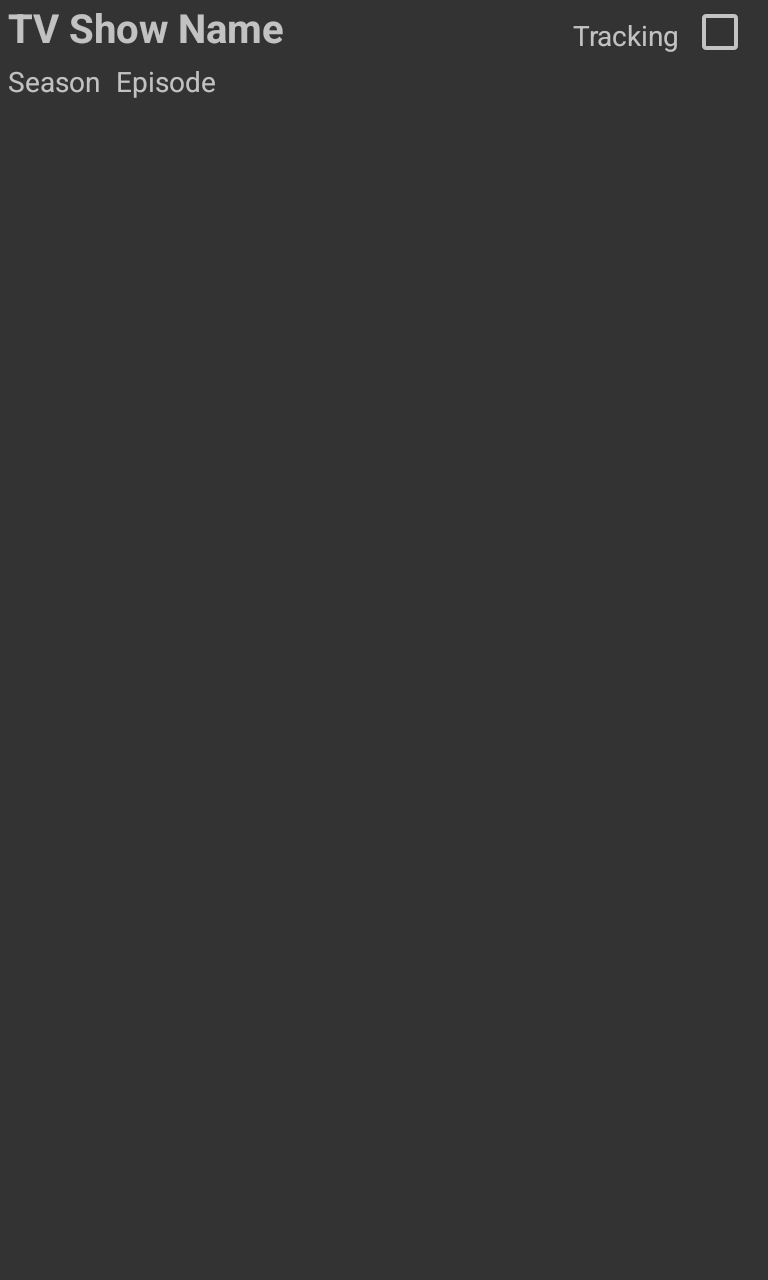
Repository: Jeedan/learning-android-apps
Layout: TvShowTracker/res/layout/list_item_tvshow.xml
These files come from the project's save history. The layout is drawn as it stood at one moment and after the next save; the edit follows.
It is drawn on a 768 x 1280 px phone screen (xhdpi) without system bars, with theme AppTheme; the app's code is not run. The app's manifest (not shown) leaves right-to-left support off. So textAlignment, textDirection and layoutDirection are ignored, and left and right values win over start and end ones.

Above is the layout before, as saved 2014-10-29 15:07:16.

### TvShowTracker/res/layout/list_item_tvshow.xml
<?xml version="1.0" encoding="utf-8"?>
<RelativeLayout xmlns:android="http://schemas.android.com/apk/res/android"
    android:layout_width="match_parent"
    android:layout_height="wrap_content" >

    <TextView
        android:id="@+id/tv_Show_Name_Text_View"
        android:layout_width="match_parent"
        android:layout_height="wrap_content"
        android:textSize="20sp"
        android:textStyle="bold"
        android:paddingLeft="4dp"
        android:paddingRight="4dp"
        android:text="@string/tv_show_name"/>

    <CheckBox android:id="@+id/tracked_tv_show_check_box"
        android:layout_width="wrap_content"
        android:layout_height="wrap_content"
        android:layout_alignParentRight="true"
        android:layout_alignParentEnd="true"
        android:padding="4dp"
        android:enabled="true"
        android:focusable="false"/>

    <TextView
        android:id="@+id/tracking_text_View"
        android:layout_width="wrap_content"
        android:layout_height="wrap_content"
        android:layout_toStartOf="@id/tracked_tv_show_check_box"
        android:layout_toLeftOf="@id/tracked_tv_show_check_box"
        android:paddingLeft="4dp"
        android:paddingRight="4dp"
        android:paddingTop="8dp"
 	    android:text="@string/tracking_text_check_box"/>

	<TextView
        android:id="@+id/tv_Show_Season_Text_View"
        android:layout_width="wrap_content"
        android:layout_height="wrap_content"
        android:paddingLeft="4dp"
        android:paddingRight="4dp"
        android:paddingTop="4dp"
        android:layout_below="@id/tv_Show_Name_Text_View"
        android:text="@string/tv_show_season"/>

	<TextView
        android:id="@+id/tv_Show_Episode_Text_View"
        android:layout_width="wrap_content"
        android:layout_height="wrap_content"
        android:paddingLeft="4dp"
        android:paddingRight="4dp"
        android:paddingTop="4dp"
        android:layout_below="@id/tv_Show_Name_Text_View"
        android:layout_toEndOf="@id/tv_Show_Season_Text_View"
        android:layout_toRightOf="@id/tv_Show_Season_Text_View"
        android:text="@string/tv_show_episode_title"/>

</RelativeLayout>

### TvShowTracker/res/values-v21/styles.xml
<resources>

    <!--
        Base application theme for API 14+. This theme completely replaces
        AppBaseTheme from BOTH res/values/styles.xml and
        res/values-v11/styles.xml on API 14+ devices.
    -->
    <style name="AppBaseTheme" parent="@android:style/Theme.Material">
        <!-- API 21 theme customizations can go here. -->
     	<!-- Main theme colors -->
	    <!--   your app branding color for the app bar (Action bar_)-->
	    <item name="android:colorPrimary">@color/primary</item>
	    <!--   darker variant for the status bar and contextual app bars -->
	    <item name="android:colorPrimaryDark">@color/primary_dark</item>
	    <!--   theme UI controls like checkboxes and text fields -->
	    <item name="android:colorAccent">@color/accent</item>
	    <!--   winow background -->
	    <item name="android:windowBackground">@color/windowBackground</item>
	    <!--   Text but don't know if it is for all texts -->
	    <item name="android:textColorPrimary">@color/textColorPrimary_Light</item>
    </style>

        <!-- Application theme. -->
    <style name="AppTheme" parent="AppBaseTheme">
        </style>
</resources>

### TvShowTracker/res/values/colors.xml
<?xml version="1.0" encoding="utf-8"?>
<resources>
    <color name="accent">#FF9D00</color>

    <!--  example: season + episode + release date info text under Show Name -->
    <color name="show_subtitle_text_view_color">#368ABF</color>

    <color name="textColorPrimary">#ffffff</color>
    <color name="textColorPrimary_Light">#666666</color>

    <color name="windowBackground">#333333</color>

    <color name="primary">#1a1a1a</color>
    <color name="primary_dark">#000000</color>

</resources>

### TvShowTracker/res/values/strings.xml
<?xml version="1.0" encoding="utf-8"?>
<resources>

    <string name="app_name">TvShowTracker</string>
    <string name="app_all_shows">List of all available shows</string>
    <string name="app_calendar_title">Today\'s shows</string>
    <string name="action_settings">Settings</string>

    <string name="tv_show_name">TV Show Name</string>
    <string name="tv_show_season">Season</string>
    <string name="tv_show_episode_title">Episode</string>


    <string name="empty_list">There are no TV Shows in this list.</string>


    <string name="tracking_text_check_box">Tracking</string>

</resources>

Loaded but not shown: TvShowTracker/res/values/styles.xml (common file); TvShowTracker/res/values-v11/styles.xml (common file)

After the next save:
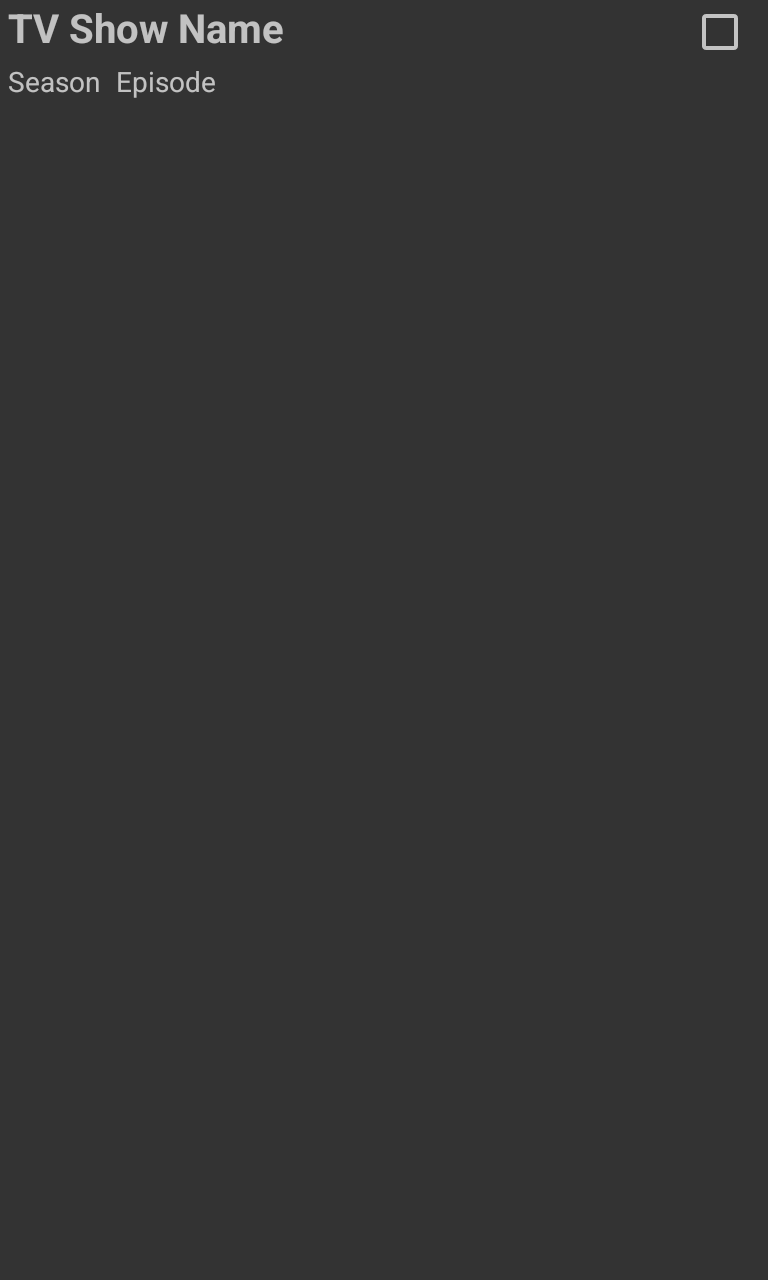
Saved 56 s later.
--- a/TvShowTracker/res/layout/list_item_tvshow.xml
+++ b/TvShowTracker/res/layout/list_item_tvshow.xml
@@ -22,16 +22,7 @@
         android:enabled="true"
         android:focusable="false"/>
 
-    <TextView
-        android:id="@+id/tracking_text_View"
-        android:layout_width="wrap_content"
-        android:layout_height="wrap_content"
-        android:layout_toStartOf="@id/tracked_tv_show_check_box"
-        android:layout_toLeftOf="@id/tracked_tv_show_check_box"
-        android:paddingLeft="4dp"
-        android:paddingRight="4dp"
-        android:paddingTop="8dp"
- 	    android:text="@string/tracking_text_check_box"/>
+
 
 	<TextView
         android:id="@+id/tv_Show_Season_Text_View"

After the save that followed:
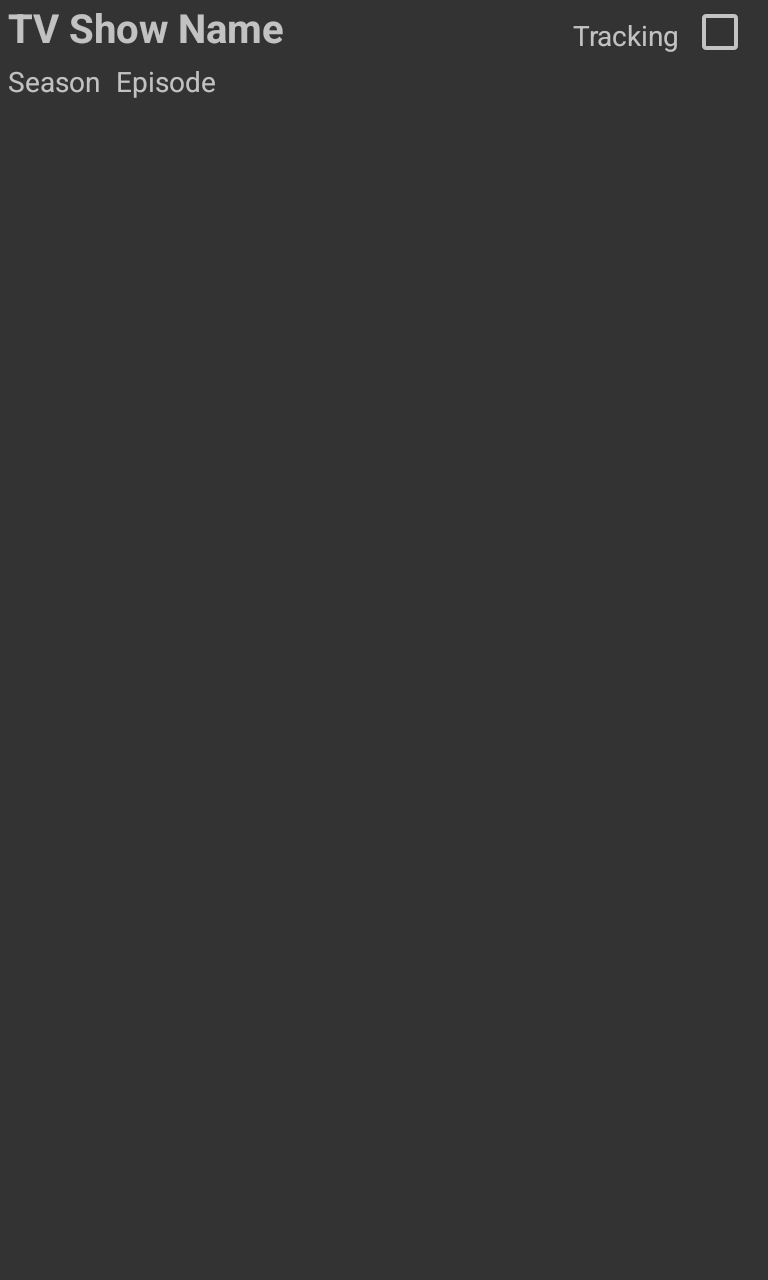
Saved 24 s later.
--- a/TvShowTracker/res/layout/list_item_tvshow.xml
+++ b/TvShowTracker/res/layout/list_item_tvshow.xml
@@ -22,7 +22,16 @@
         android:enabled="true"
         android:focusable="false"/>
 
-
+    <TextView
+        android:id="@+id/tracking_text_View"
+        android:layout_width="wrap_content"
+        android:layout_height="wrap_content"
+        android:layout_toStartOf="@id/tracked_tv_show_check_box"
+        android:layout_toLeftOf="@id/tracked_tv_show_check_box"
+        android:paddingLeft="4dp"
+        android:paddingRight="4dp"
+        android:paddingTop="8dp"
+ 	    android:text="@string/tracking_text_check_box"/>
 
 	<TextView
         android:id="@+id/tv_Show_Season_Text_View"
